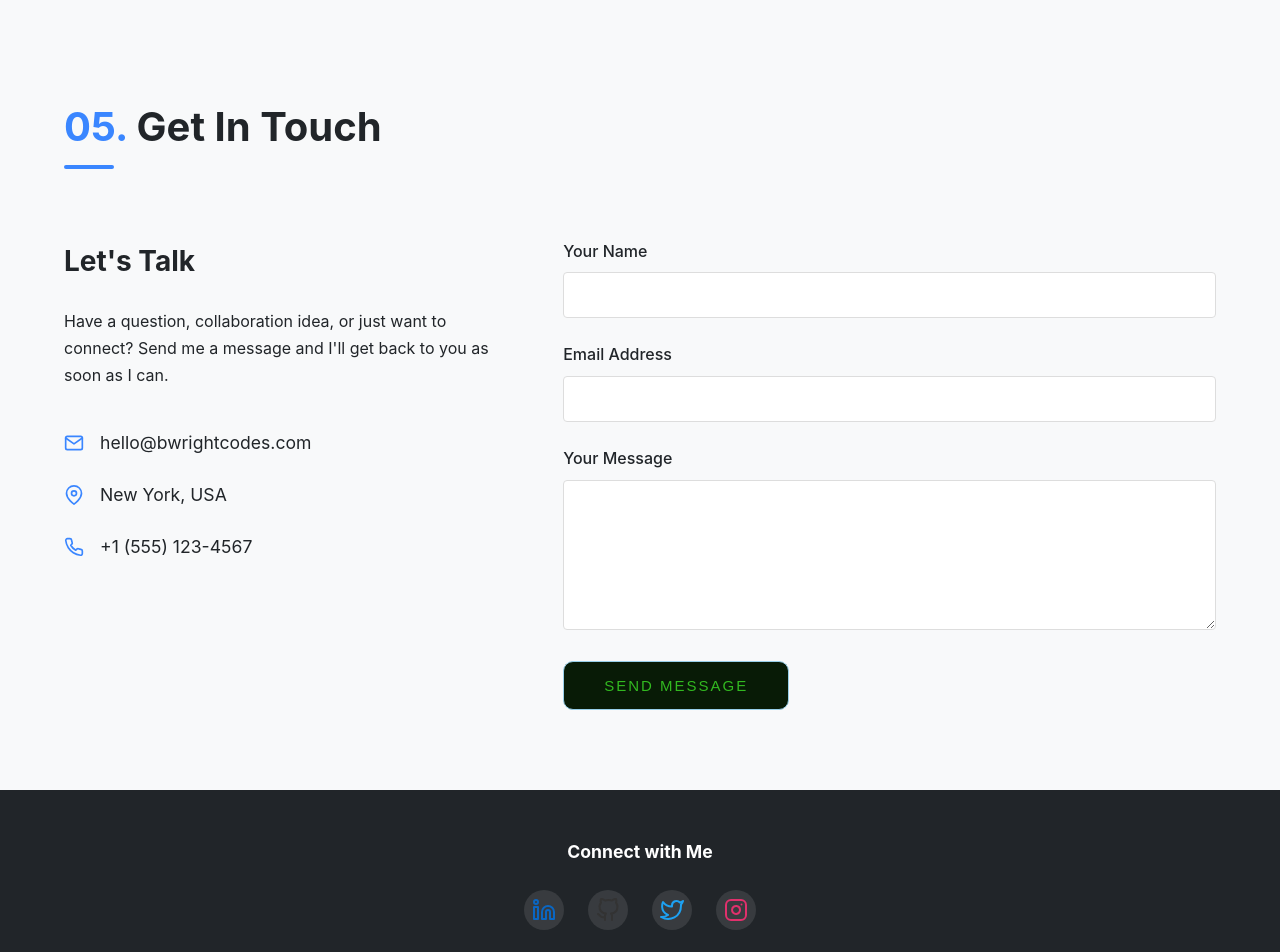
Repository: Bojurie/Portfolio_2022
Page: /
The author's editor kept a copy of each file at every save. The page is drawn from the files as they stood at one save, then again after the next save.
The browser window is 1280 px wide. The pictures show the part of the page from y = 4510 to 5462 px (the page is 5559 px tall before and 5560 px after).
The project was rebuilt for these pictures with package versions that can differ from the ones it lists, and the page was loaded fresh each time. Also part of the build but not shown: src/component/pages/Resume.css, src/component/pages/Resume.js. Imported but missing from the stored project, and not drawn on this page: src/component/Resume.pdf, src/component/images/video.mp4, src/component/videos/Screen Recording 2022-04-01 at 8.22.57 PM.mov, src/component/videos/Screen Recording 2022-04-01 at 8.23.25 PM.mov, src/component/videos/Screen Recording 2022-04-01 at 8.25.20 PM.mov, src/component/videos/Screen Recording 2022-04-01 at 8.27.28 PM.mov, src/component/videos/Screen Recording 2022-04-01 at 8.28.35 PM.mov, src/component/videos/Screen Recording 2022-04-01 at 8.30.37 PM.mov and 3 more.

Above is the page before, as saved 2025-04-22 14:58:08.

### public/index.html
<!DOCTYPE html>
<html lang="en">
  <head>
    <meta charset="utf-8" />
    <link rel="icon" href="%PUBLIC_URL%/favicon.ico" />
    <meta name="viewport" content="width=device-width, initial-scale=1" />
    <meta name="theme-color" content="#000000" />
    <meta
      name="description"
      content="Web site created using create-react-app"
    />
    <link rel="apple-touch-icon" href="%PUBLIC_URL%/logo192.png" />


    <link rel="manifest" href="%PUBLIC_URL%/manifest.json" />
    <!--
      Notice the use of %PUBLIC_URL% in the tags above.
      It will be replaced with the URL of the `public` folder during the build.
      Only files inside the `public` folder can be referenced from the HTML.

      Unlike "/favicon.ico" or "favicon.ico", "%PUBLIC_URL%/favicon.ico" will
      work correctly both with client-side routing and a non-root public URL.
      Learn how to configure a non-root public URL by running `npm run build`.
    -->
    <title>Bojurie Rogers-Wright | | Tech</title>
     <link rel="shortcut icon" href="%PUBLIC_URL%/favicon.ico">
    <link rel="apple-touch-icon" sizes="180x180" href="/apple-touch-icon.png">
    <link rel="icon" type="image/png" sizes="32x32" href="/favicon-32x32.png">
    <link rel="icon" type="image/png" sizes="16x16" href="/favicon-16x16.png">
    <link rel="manifest" href="/site.webmanifest">


    <link rel="preconnect" href="https://fonts.googleapis.com">
    <link rel="preconnect" href="https://fonts.gstatic.com" crossorigin>
    <link href="https://fonts.googleapis.com/css2?family=Montserrat:ital,wght@0,100;0,200;0,300;0,400;0,500;0,600;0,700;0,800;0,900;1,100;1,200;1,300;1,400;1,500;1,600;1,700;1,800;1,900&family=Roboto:ital,wght@0,300;0,400;0,500;0,700;1,300&display=swap" rel="stylesheet">
  </head>
  <body>
    <noscript>You need to enable JavaScript to run this app.</noscript>
    <div id="root"></div>

   <script>

   </script>
  </body>
</html>

### src/component/pages/Contact.js
import React, { useState, useRef } from "react";
import { motion } from "framer-motion";
import emailjs from "@emailjs/browser";
import { FiMail, FiMapPin, FiPhone } from "react-icons/fi";
import Button from "../Button";
import "./Contact.css";

const Contact = () => {
  const form = useRef();
  const [submitted, setSubmitted] = useState(false);

  const sendEmail = (e) => {
    e.preventDefault();

    emailjs
      .sendForm(
        "service_sgy2c6a",
        "template_hlu2f0r",
        form.current,
        "user_ekwueKu8ixfoPD5a4qf2n"
      )
      .then(
        (result) => {
          setSubmitted(true);
          setTimeout(() => setSubmitted(false), 5000);
        },
        (error) => {
          console.log(error.text);
        }
      );

    e.target.reset();
  };

  return (
    <section className="section contact" id="contact">
      <div className="container">
        <motion.h2
          className="section-title"
          initial={{ opacity: 0, y: 20 }}
          whileInView={{ opacity: 1, y: 0 }}
          viewport={{ once: true, margin: "-100px" }}
          transition={{ duration: 0.6 }}
        >
          <span className="highlight">05.</span> Get In Touch
        </motion.h2>

        <div className="contact-grid">
          <motion.div
            className="contact-info"
            initial={{ opacity: 0, x: -20 }}
            whileInView={{ opacity: 1, x: 0 }}
            viewport={{ once: true }}
            transition={{ duration: 0.6 }}
          >
            <h3 className="contact-subtitle">Let's Talk</h3>
            <p className="contact-text">
              Have a question, collaboration idea, or just want to connect? Send
              me a message and I'll get back to you as soon as I can.
            </p>

            <div className="contact-details">
              <div className="contact-item">
                <FiMail className="contact-icon" />
                <span>hello@bwrightcodes.com</span>
              </div>
              <div className="contact-item">
                <FiMapPin className="contact-icon" />
                <span>New York, USA</span>
              </div>
              <div className="contact-item">
                <FiPhone className="contact-icon" />
                <span>+1 (555) 123-4567</span>
              </div>
            </div>
          </motion.div>

          <motion.form
            ref={form}
            onSubmit={sendEmail}
            className="contact-form"
            initial={{ opacity: 0, x: 20 }}
            whileInView={{ opacity: 1, x: 0 }}
            viewport={{ once: true }}
            transition={{ duration: 0.6, delay: 0.2 }}
          >
            {submitted && (
              <motion.div
                className="success-message"
                initial={{ opacity: 0, y: 10 }}
                animate={{ opacity: 1, y: 0 }}
                exit={{ opacity: 0, y: -10 }}
              >
                ✅ Message sent! I'll get back to you soon.
              </motion.div>
            )}

            <div className="form-group">
              <label htmlFor="name">Your Name</label>
              <input
                type="text"
                name="name"
                id="name"
                required
                className="form-input"
              />
            </div>

            <div className="form-group">
              <label htmlFor="email">Email Address</label>
              <input
                type="email"
                name="email"
                id="email"
                required
                className="form-input"
              />
            </div>

            <div className="form-group">
              <label htmlFor="message">Your Message</label>
              <textarea
                name="message"
                id="message"
                rows="6"
                required
                className="form-textarea"
              ></textarea>
            </div>

            <Button type="submit" className="form-submit">
              Send Message
            </Button>
          </motion.form>
        </div>
      </div>
    </section>
  );
};

export default Contact;

### src/App.css
:root {
  --primary-color: #3a86ff;
  --secondary-color: #8338ec;
  --dark-color: #212529;
  --light-color: #f8f9fa;
  --success-color: #06d6a0;
  --danger-color: #ef476f;
  --warning-color: #ffd166;

  --font-main: 'Inter', -apple-system, BlinkMacSystemFont, sans-serif;
  --font-mono: 'Fira Code', monospace;

  --transition: all 0.3s ease-in-out;
  --shadow-sm: 0 1px 3px rgba(0,0,0,0.12), 0 1px 2px rgba(0,0,0,0.24);
  --shadow-md: 0 4px 6px rgba(0,0,0,0.1), 0 1px 3px rgba(0,0,0,0.08);
  --shadow-lg: 0 10px 25px rgba(0,0,0,0.1), 0 5px 10px rgba(0,0,0,0.05);
}

* {
  margin: 0;
  padding: 0;
  box-sizing: border-box;
}

html {
  scroll-behavior: smooth;
}

body {
  font-family: var(--font-main);
  line-height: 1.6;
  color: var(--dark-color);
  background-color: var(--light-color);
  overflow-x: hidden;
}

.app {
  display: flex;
  flex-direction: column;
  min-height: 100vh;
}

/* Utility Classes */
.container {
  width: 100%;
  max-width: 1200px;
  margin: 0 auto;
  padding: 0 1.5rem;
}

.section {
  padding: 5rem 0;
}

.section-title {
  font-size: 2.5rem;
  margin-bottom: 2rem;
  position: relative;
  display: inline-block;
}

.section-title::after {
  content: '';
  position: absolute;
  bottom: -10px;
  left: 0;
  width: 50px;
  height: 4px;
  background: var(--primary-color);
  border-radius: 2px;
}

.btn {
  display: inline-block;
  padding: 0.8rem 1.5rem;
  border-radius: 4px;
  font-weight: 600;
  text-decoration: none;
  transition: var(--transition);
  cursor: pointer;
  border: none;
}

.btn-primary {
  background: var(--primary-color);
  color: white;
}

.btn-primary:hover {
  background: #2a75e6;
  transform: translateY(-2px);
  box-shadow: var(--shadow-md);
}

.btn-outline {
  background: transparent;
  border: 2px solid var(--primary-color);
  color: var(--primary-color);
}

.btn-outline:hover {
  background: var(--primary-color);
  color: white;
  transform: translateY(-2px);
}

/* Responsive */
@media (max-width: 768px) {
  .section {
    padding: 3rem 0;
  }

  .section-title {
    font-size: 2rem;
  }
}

### src/component/pages/Home.css
.home {
  display: flex;
  flex-direction: column;
  overflow-x: hidden;
}

/* Ensures sections have proper spacing */
.home > section {
  scroll-margin-top: 100px;
}

### src/component/pages/About.css
.about-grid {
  display: grid;
  grid-template-columns: 1fr 2fr;
  gap: 3rem;
  margin-top: 3rem;
}

.about-image-container {
  position: relative;
}

.about-image-wrapper {
  position: relative;
  width: 100%;
  max-width: 300px;
  margin: 0 auto;
}

.about-image {
  width: 100%;
  height: auto;
  border-radius: 4px;
  position: relative;
  z-index: 1;
  filter: grayscale(100%) contrast(1);
  transition: var(--transition);
}

.about-image-border {
  position: absolute;
  width: 100%;
  height: 100%;
  border: 2px solid var(--primary-color);
  border-radius: 4px;
  top: 20px;
  left: 20px;
  z-index: 0;
  transition: var(--transition);
}

.about-image-container:hover .about-image {
  filter: none;
}

.about-image-container:hover .about-image-border {
  top: 15px;
  left: 15px;
}

.about-name {
  font-size: 2rem;
  margin-bottom: 0.5rem;
  color: var(--dark-color);
}

.about-role {
  font-size: 1.25rem;
  color: var(--primary-color);
  margin-bottom: 1.5rem;
}

.about-bio {
  margin-bottom: 2rem;
  font-size: 1.1rem;
}

.about-text {
  margin-bottom: 3rem;
}

.about-text p {
  margin-bottom: 1.5rem;
  line-height: 1.7;
}

.skills-heading {
  font-size: 1.5rem;
  margin-bottom: 1.5rem;
  position: relative;
}

.skills-grid {
  display: grid;
  grid-template-columns: repeat(2, 1fr);
  gap: 1rem;
}

.skill-item {
  display: flex;
  align-items: center;
  gap: 0.75rem;
  font-family: var(--font-mono);
  font-size: 0.9rem;
  color: var(--dark-color);
}

.skill-icon {
  color: var(--primary-color);
  font-size: 1.1rem;
}

@media (max-width: 992px) {
  .about-grid {
    grid-template-columns: 1fr;
  }

  .about-image-wrapper {
    margin-bottom: 3rem;
  }
}

@media (max-width: 576px) {
  .skills-grid {
    grid-template-columns: 1fr;
  }
}

### src/component/pages/Contact.css
.contact-grid {
  display: grid;
  grid-template-columns: 1fr 1.5fr;
  gap: 4rem;
  margin-top: 3rem;
}

.contact-subtitle {
  font-size: 1.75rem;
  margin-bottom: 1.5rem;
}

.contact-text {
  margin-bottom: 2.5rem;
  line-height: 1.7;
}

.contact-details {
  display: flex;
  flex-direction: column;
  gap: 1.5rem;
}

.contact-item {
  display: flex;
  align-items: center;
  gap: 1rem;
  font-size: 1.1rem;
}

.contact-icon {
  color: var(--primary-color);
  font-size: 1.25rem;
}

.form-group {
  margin-bottom: 1.5rem;
}

.form-group label {
  display: block;
  margin-bottom: 0.5rem;
  font-weight: 500;
}

.form-input,
.form-textarea {
  width: 100%;
  padding: 0.75rem 1rem;
  border: 1px solid #ddd;
  border-radius: 4px;
  font-family: var(--font-main);
  font-size: 1rem;
  transition: var(--transition);
}

.form-input:focus,
.form-textarea:focus {
  outline: none;
  border-color: var(--primary-color);
  box-shadow: 0 0 0 2px rgba(58, 134, 255, 0.2);
}

.form-textarea {
  resize: vertical;
  min-height: 150px;
}

.success-message {
  padding: 1rem;
  background: rgba(6, 214, 160, 0.1);
  color: var(--success-color);
  border-radius: 4px;
  margin-bottom: 1.5rem;
  text-align: center;
}

@media (max-width: 992px) {
  .contact-grid {
    grid-template-columns: 1fr;
    gap: 3rem;
  }
}

### src/component/Header.css
.header {
  width: 100%;
  position: sticky;
  top: 0;
  z-index: 1000;
}

### src/component/pages/Footer.css
.footer {
  background: var(--dark-color);
  color: white;
  padding: 3rem 0;
  text-align: center;
}

.footer-content {
  display: flex;
  flex-direction: column;
  align-items: center;
  gap: 2rem;
}

.footer-copyright {
  font-size: 0.9rem;
  opacity: 0.8;
  margin-top: 1rem;
}

@media (max-width: 768px) {
  .footer {
    padding: 2rem 0;
  }
}

### src/component/Button.css
button {
  padding: 15px 40px;
  font-size: 15px;
  border-radius: 10px;
  background-color: rgb(8, 27, 6);
  color: rgb(50, 185, 32);
  letter-spacing: 2px;
  text-transform: uppercase;
  border: 1px solid rgb(152, 207, 233);
}


@media screen and (max-width: 414px) {
  button {
    padding: 10px 20px;
    font-size: 13px;
  }
}

### src/component/Navbar.css
.nav {
  width: 100%;
  position: fixed;
  top: 0;
  left: 0;
  z-index: 1000;
  background: rgba(255, 255, 255, 0.95);
  backdrop-filter: blur(10px);
  box-shadow: var(--shadow-sm);
}

.navbar-container {
  display: flex;
  justify-content: space-between;
  align-items: center;
  padding: 1rem 2rem;
  max-width: 1200px;
  margin: 0 auto;
}

.logo-link {
  text-decoration: none;
  color: var(--dark-color);
  font-weight: 700;
  font-size: 1.5rem;
  display: flex;
  align-items: center;
  gap: 0.5rem;
}

.menu-toggle {
  display: none;
  background: none;
  border: none;
  font-size: 1.5rem;
  cursor: pointer;
  color: var(--dark-color);
  z-index: 1001;
}

.nav-links-desktop {
  display: flex;
  gap: 1.5rem;
  list-style: none;
}

.nav-links-desktop li {
  position: relative;
}

.nav-link {
  text-decoration: none;
  color: var(--dark-color);
  font-weight: 500;
  display: flex;
  align-items: center;
  gap: 0.5rem;
  padding: 0.5rem 0;
  position: relative;
  transition: var(--transition);
}

.nav-link:hover {
  color: var(--primary-color);
}

.nav-link::after {
  content: '';
  position: absolute;
  bottom: 0;
  left: 0;
  width: 0;
  height: 2px;
  background: var(--primary-color);
  transition: var(--transition);
}

.nav-link:hover::after {
  width: 100%;
}

.nav-icon {
  font-size: 1.1rem;
}

/* Mobile Menu */
.mobile-menu-backdrop {
  position: fixed;
  top: 0;
  left: 0;
  width: 100%;
  height: 100%;
  background: rgba(0, 0, 0, 0.5);
  z-index: 999;
}

.nav-links-mobile {
  position: fixed;
  top: 0;
  right: 0;
  width: 70%;
  max-width: 300px;
  height: 100%;
  background: white;
  list-style: none;
  padding: 5rem 2rem;
  display: flex;
  flex-direction: column;
  gap: 1.5rem;
  box-shadow: -5px 0 15px rgba(0, 0, 0, 0.1);
  z-index: 1000;
}

.mobile-nav-link {
  text-decoration: none;
  color: var(--dark-color);
  font-weight: 500;
  font-size: 1.2rem;
  display: flex;
  align-items: center;
  gap: 1rem;
  padding: 0.5rem 0;
  transition: var(--transition);
}

.mobile-nav-link:hover {
  color: var(--primary-color);
}

/* Responsive */
@media (max-width: 768px) {
  .menu-toggle {
    display: block;
  }

  .nav-links-desktop {
    display: none;
  }

  .navbar-container {
    padding: 1rem;
  }
}

### src/SocialFollow.css
.social-container {
  display: flex;
  flex-direction: column;
  align-items: center;
  gap: 1rem;
}

.social-title {
  font-size: 1.1rem;
  margin-bottom: 0.5rem;
  color: white;
}

.social-links {
  display: flex;
  gap: 1.5rem;
}

.social-link {
  font-size: 1.5rem;
  transition: var(--transition);
  display: flex;
  align-items: center;
  justify-content: center;
  width: 40px;
  height: 40px;
  border-radius: 50%;
  background: rgba(255, 255, 255, 0.1);
}

.social-link:hover {
  background: rgba(255, 255, 255, 0.2);
  transform: translateY(-3px);
}

@media (max-width: 768px) {
  .social-links {
    gap: 1rem;
  }

  .social-link {
    font-size: 1.25rem;
    width: 36px;
    height: 36px;
  }
}

Loaded but not shown: src/component/pages/Project.js (495 lines, source omitted); src/component/pages/Experience.js (153 lines, source omitted); src/component/pages/About.js (114 lines, source omitted); src/component/Navbar.js (114 lines, source omitted); src/component/Hero.js (104 lines, source omitted); src/App.js (99 lines, source omitted); src/SocialFollow.js (58 lines, source omitted); src/component/pages/Footer.js (29 lines, source omitted); src/component/pages/Home.js (38 lines, source omitted); src/component/Button.js (14 lines, source omitted); src/component/Header.js (13 lines, source omitted); src/index.js (9 lines, source omitted); src/component/pages/Project.css (514 lines, source omitted); src/component/Hero.css (202 lines, source omitted); src/component/pages/Experience.css (190 lines, source omitted)

After the next save:
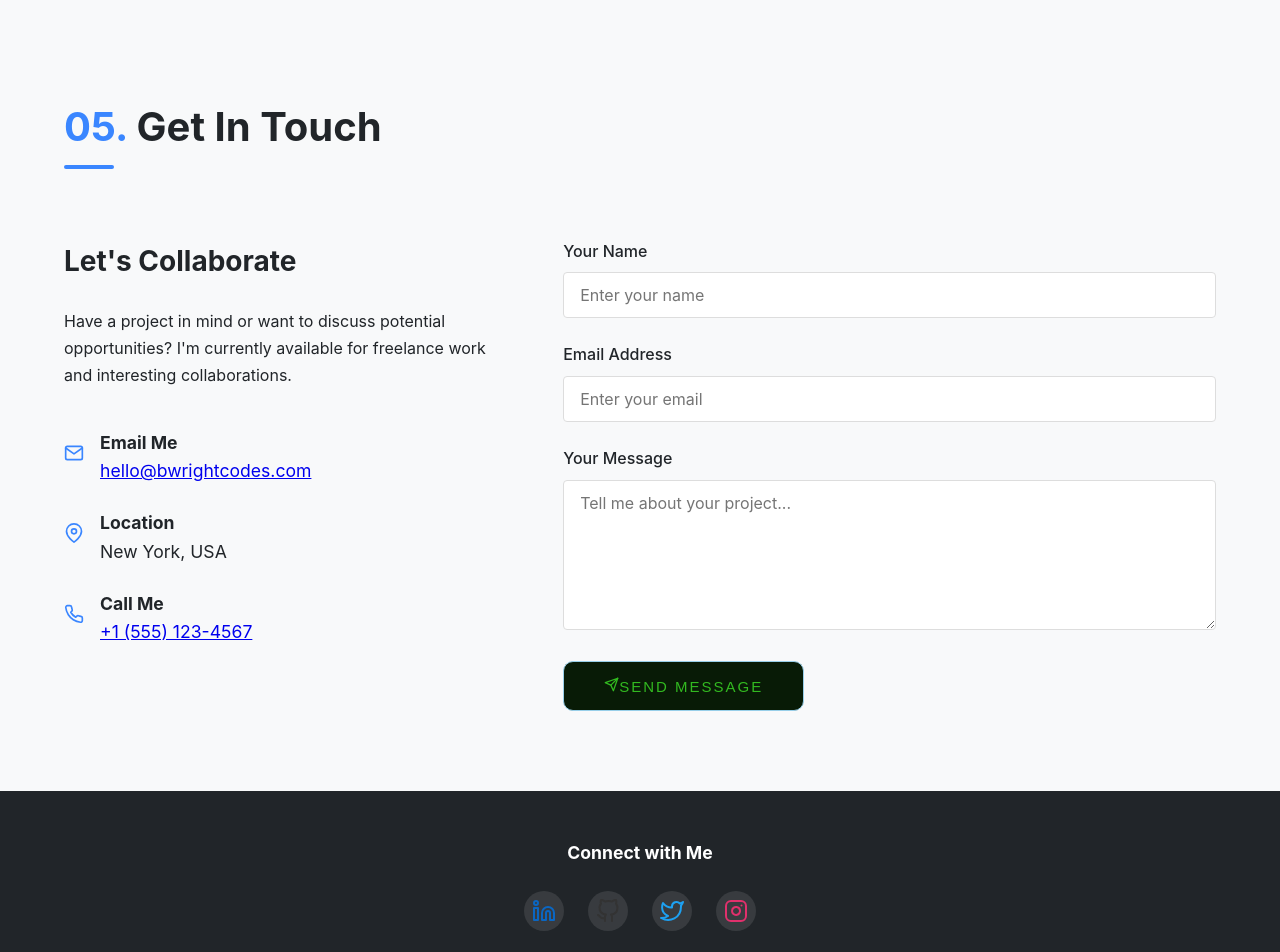
Saved 50 s later.
--- a/src/component/pages/Contact.js
+++ b/src/component/pages/Contact.js
@@ -1,35 +1,51 @@
 import React, { useState, useRef } from "react";
 import { motion } from "framer-motion";
 import emailjs from "@emailjs/browser";
-import { FiMail, FiMapPin, FiPhone } from "react-icons/fi";
+import { FiMail, FiMapPin, FiPhone, FiSend } from "react-icons/fi";
 import Button from "../Button";
 import "./Contact.css";
 
 const Contact = () => {
   const form = useRef();
   const [submitted, setSubmitted] = useState(false);
+  const [isLoading, setIsLoading] = useState(false);
+  const [formData, setFormData] = useState({
+    name: "",
+    email: "",
+    message: "",
+  });
+
+  const handleChange = (e) => {
+    const { name, value } = e.target;
+    setFormData((prev) => ({
+      ...prev,
+      [name]: value,
+    }));
+  };
 
   const sendEmail = (e) => {
     e.preventDefault();
+    setIsLoading(true);
 
     emailjs
       .sendForm(
-        "service_sgy2c6a",
-        "template_hlu2f0r",
+        process.env.REACT_APP_EMAILJS_SERVICE_ID,
+        process.env.REACT_APP_EMAILJS_TEMPLATE_ID,
         form.current,
-        "user_ekwueKu8ixfoPD5a4qf2n"
+        process.env.REACT_APP_EMAILJS_USER_ID
       )
       .then(
         (result) => {
           setSubmitted(true);
+          setIsLoading(false);
+          setFormData({ name: "", email: "", message: "" });
           setTimeout(() => setSubmitted(false), 5000);
         },
         (error) => {
-          console.log(error.text);
+          console.error("Error sending message:", error);
+          setIsLoading(false);
         }
       );
-
-    e.target.reset();
   };
 
   return (
@@ -53,24 +69,42 @@ const Contact = () => {
             viewport={{ once: true }}
             transition={{ duration: 0.6 }}
           >
-            <h3 className="contact-subtitle">Let's Talk</h3>
+            <h3 className="contact-subtitle">Let's Collaborate</h3>
             <p className="contact-text">
-              Have a question, collaboration idea, or just want to connect? Send
-              me a message and I'll get back to you as soon as I can.
+              Have a project in mind or want to discuss potential opportunities?
+              I'm currently available for freelance work and interesting
+              collaborations.
             </p>
 
             <div className="contact-details">
               <div className="contact-item">
-                <FiMail className="contact-icon" />
-                <span>hello@bwrightcodes.com</span>
+                <div className="contact-icon-container">
+                  <FiMail className="contact-icon" />
+                </div>
+                <div>
+                  <h4>Email Me</h4>
+                  <a href="mailto:hello@bwrightcodes.com">
+                    hello@bwrightcodes.com
+                  </a>
+                </div>
               </div>
               <div className="contact-item">
-                <FiMapPin className="contact-icon" />
-                <span>New York, USA</span>
+                <div className="contact-icon-container">
+                  <FiMapPin className="contact-icon" />
+                </div>
+                <div>
+                  <h4>Location</h4>
+                  <span>New York, USA</span>
+                </div>
               </div>
               <div className="contact-item">
-                <FiPhone className="contact-icon" />
-                <span>+1 (555) 123-4567</span>
+                <div className="contact-icon-container">
+                  <FiPhone className="contact-icon" />
+                </div>
+                <div>
+                  <h4>Call Me</h4>
+                  <a href="tel:+15551234567">+1 (555) 123-4567</a>
+                </div>
               </div>
             </div>
           </motion.div>
@@ -91,7 +125,25 @@ const Contact = () => {
                 animate={{ opacity: 1, y: 0 }}
                 exit={{ opacity: 0, y: -10 }}
               >
-                ✅ Message sent! I'll get back to you soon.
+                <div className="success-message-content">
+                  <svg
+                    className="success-icon"
+                    viewBox="0 0 24 24"
+                    fill="none"
+                    stroke="currentColor"
+                  >
+                    <path
+                      strokeLinecap="round"
+                      strokeLinejoin="round"
+                      strokeWidth="2"
+                      d="M5 13l4 4L19 7"
+                    />
+                  </svg>
+                  <div>
+                    <h4>Message Sent!</h4>
+                    <p>I'll get back to you within 24 hours.</p>
+                  </div>
+                </div>
               </motion.div>
             )}
 
@@ -101,8 +153,11 @@ const Contact = () => {
                 type="text"
                 name="name"
                 id="name"
+                value={formData.name}
+                onChange={handleChange}
                 required
                 className="form-input"
+                placeholder="Enter your name"
               />
             </div>
 
@@ -112,8 +167,11 @@ const Contact = () => {
                 type="email"
                 name="email"
                 id="email"
+                value={formData.email}
+                onChange={handleChange}
                 required
                 className="form-input"
+                placeholder="Enter your email"
               />
             </div>
 
@@ -123,13 +181,35 @@ const Contact = () => {
                 name="message"
                 id="message"
                 rows="6"
+                value={formData.message}
+                onChange={handleChange}
                 required
                 className="form-textarea"
+                placeholder="Tell me about your project..."
               ></textarea>
             </div>
 
-            <Button type="submit" className="form-submit">
-              Send Message
+            <Button
+              type="submit"
+              className="form-submit"
+              disabled={isLoading}
+              whileHover={{ scale: 1.02 }}
+              whileTap={{ scale: 0.98 }}
+            >
+              {isLoading ? (
+                <span className="button-loading">
+                  <span className="loading-dots">
+                    <span>.</span>
+                    <span>.</span>
+                    <span>.</span>
+                  </span>
+                </span>
+              ) : (
+                <>
+                  <FiSend className="button-icon" />
+                  Send Message
+                </>
+              )}
             </Button>
           </motion.form>
         </div>
